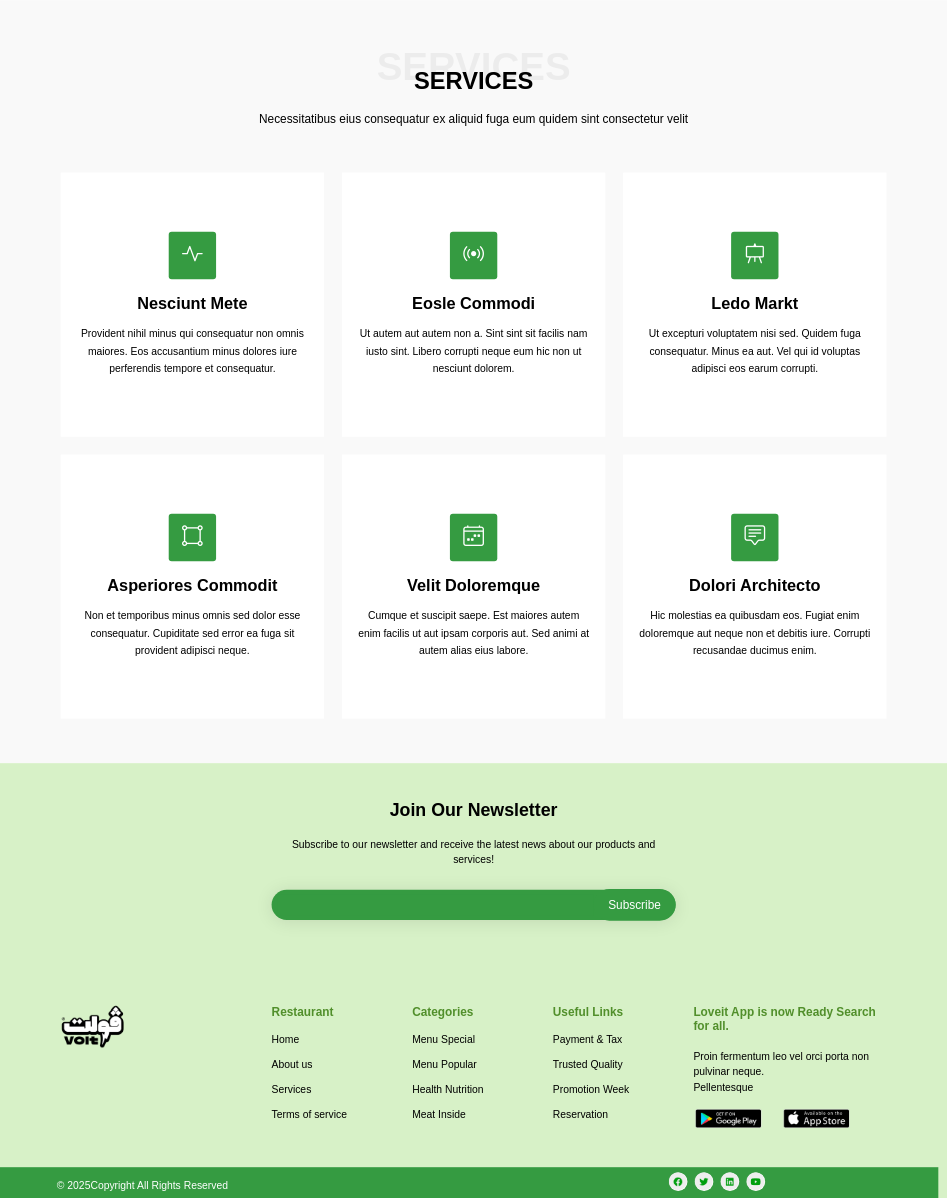
Repository: junivig/volt-new-project
Page: index.html
An editor plug-in stored every save of this project. The page is shown before and after the next save, followed by the edit.
The browser window is 1280 px wide. The pictures show the part of the page from y = 1803 to 3454 px (the page is 3422 px tall before and 3454 px after), at 74% of full size.

Above is the page before, as saved 2025-01-29 20:52:44.

After the next save:
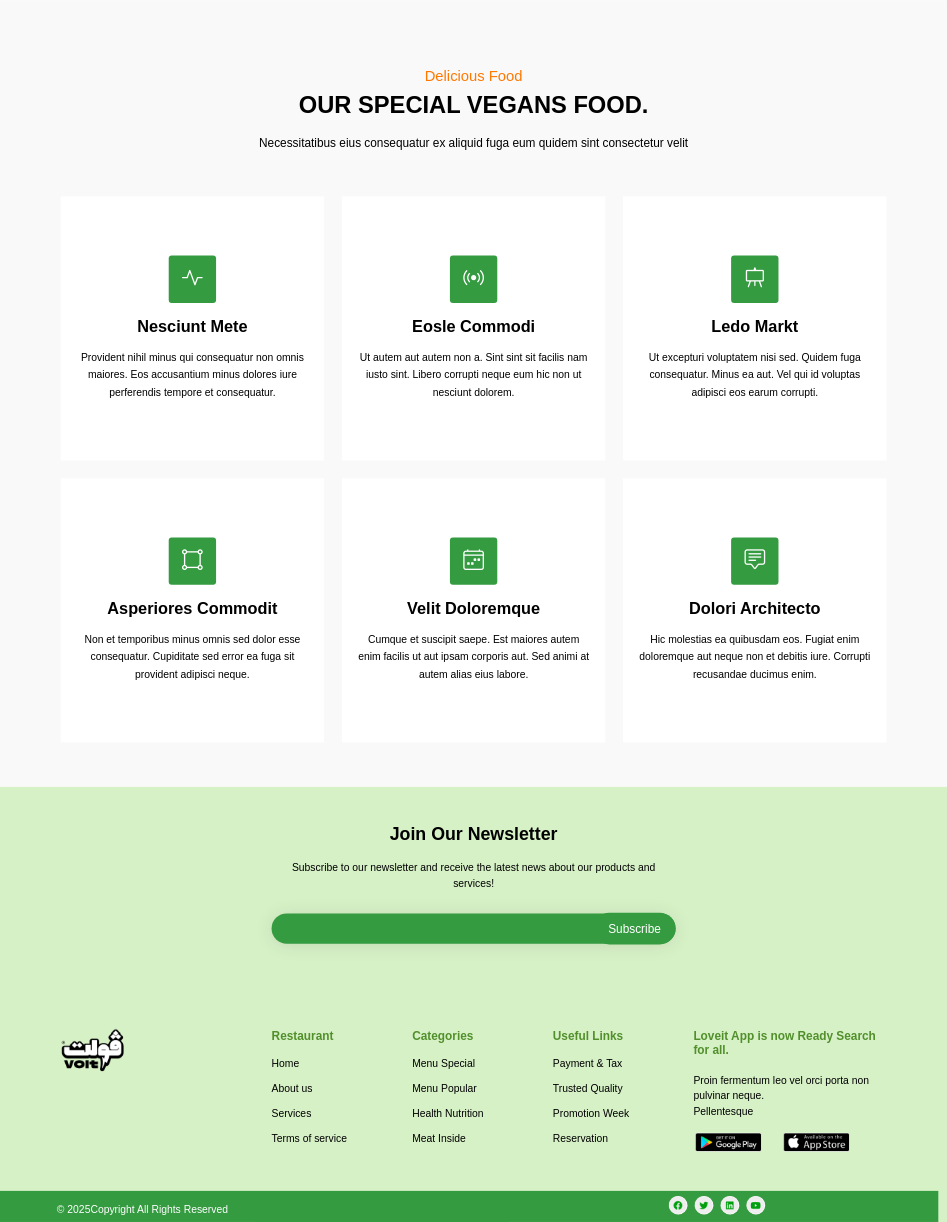
Saved 91 s later.
--- a/index.html
+++ b/index.html
@@ -320,8 +320,8 @@
 
           <!-- Section Title -->
           <div class="container section-title" data-aos="fade-up">
-            <span>Services</span>
-            <h2>Services</h2>
+            <h4 class="about-us-text">Delicious Food</h4>
+            <h2>Our Special Vegans Food.</h2>
             <p>Necessitatibus eius consequatur ex aliquid fuga eum quidem sint consectetur velit</p>
           </div><!-- End Section Title -->
 
